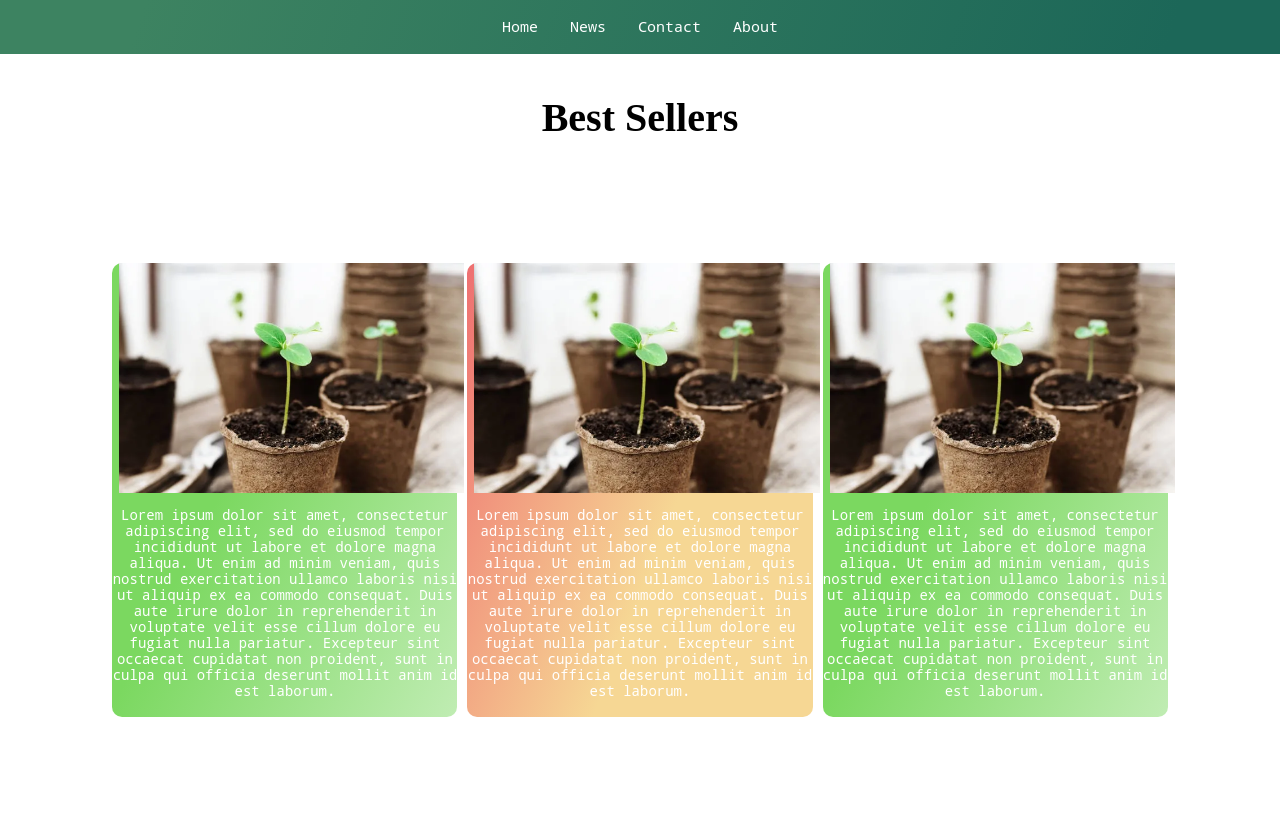
Repository: Flexo874/ISITECH-HTML-CSS
Page: index.html
The author's editor kept a copy of each file at every save. The page is drawn from the files as they stood at one save, then again after the next save.
The browser window is 1280 px wide. The pictures show the whole page.

Above is the page before, as saved 2024-01-02 15:01:21.

### index.html
<!DOCTYPE html>
<html>
<head>
    <title>Navigation Bar</title>
     <link rel="stylesheet" type="text/css" href="./style.css">
</head>
<body>
    <ul>
        <li><a href="#home">Home</a></li>
        <li><a href="#news">News</a></li>
        <li><a href="#contact">Contact</a></li>
        <li><a href="#about">About</a></li>
    </ul>

    <h1 > Best Sellers</h1>



    <div class="container">

            <div class="item">
                <a>
                <img src="images/semis-prêt-à-être-planté-dans-le-jardin.webp" alt="Logo">
                <p>Lorem ipsum dolor sit amet, consectetur adipiscing elit, sed do eiusmod tempor incididunt ut labore et dolore magna aliqua. Ut enim ad minim veniam, quis nostrud exercitation ullamco laboris nisi ut aliquip ex ea commodo consequat. Duis aute irure dolor in reprehenderit in voluptate velit esse cillum dolore eu fugiat nulla pariatur. Excepteur sint occaecat cupidatat non proident, sunt in culpa qui officia deserunt mollit anim id est laborum.</p>
                </a>
            </div>
            <div class="item best">
                <a>
                <img src="images/semis-prêt-à-être-planté-dans-le-jardin.webp" alt="Logo">
                <p>Lorem ipsum dolor sit amet, consectetur adipiscing elit, sed do eiusmod tempor incididunt ut labore et dolore magna aliqua. Ut enim ad minim veniam, quis nostrud exercitation ullamco laboris nisi ut aliquip ex ea commodo consequat. Duis aute irure dolor in reprehenderit in voluptate velit esse cillum dolore eu fugiat nulla pariatur. Excepteur sint occaecat cupidatat non proident, sunt in culpa qui officia deserunt mollit anim id est laborum.</p>
                </a>
            </div>
            <div class="item">
                <a>
                <img src="images/semis-prêt-à-être-planté-dans-le-jardin.webp" alt="Logo">
                <p>Lorem ipsum dolor sit amet, consectetur adipiscing elit, sed do eiusmod tempor incididunt ut labore et dolore magna aliqua. Ut enim ad minim veniam, quis nostrud exercitation ullamco laboris nisi ut aliquip ex ea commodo consequat. Duis aute irure dolor in reprehenderit in voluptate velit esse cillum dolore eu fugiat nulla pariatur. Excepteur sint occaecat cupidatat non proident, sunt in culpa qui officia deserunt mollit anim id est laborum.</p>
                </a>
            </div>
    </div>



</body>
</html>

### style.css
*{
    margin: 0;
    padding: 0;

}
ul {
    list-style-type: none;
    margin: 0;
    padding: 0;
    overflow: hidden;
    background-image: linear-gradient( 109.6deg,  rgba(61,131,97,1) 11.2%, rgba(28,103,88,1) 91.1% );
    display: flex;
    list-style: none;
    box-sizing: border-box  ;
    justify-content: center;
}

li {
    position: relative;

}

li a {
    display: block;
    color: white;
    text-align: center;
    padding: 18px 16px;
    text-decoration: none;
    font-size: 15px;
    transition: .4s ease-in-out;
    position: center;
    font-family: "Noto Mono", monospace;

}

li a:hover {
    background-color: #111;
    border-radius: 5px;

}

h1 {
    padding: 40px;
    padding-bottom: 10px;
    margin-bottom: 10px;
    text-align: center;
    font-weight: bold;
    font-size: 40px;
}

.demo {
    border-color: red;
}


.container {
    display: flex;
    grid-template-columns: repeat(3, 1fr);
    grid-auto-rows: minmax(300px, auto);
    gap: 10px;
    padding: 10px;;
    margin-top: 0;
    margin: 8%;
}


.item {
background-image: linear-gradient( 117deg,  rgba(123,216,96,1) 39.2%, rgba(255,255,255,1) 156.2% );    flex-direction: column;
    align-items: center;
    justify-content: center;
    border-radius: 10px;
}

.item.best {

    background-image: linear-gradient( 111.4deg,  rgba(238,113,113,1) 1%, rgba(246,215,148,1) 58% );

}

.item a {
    margin: 7px;
}

.item a:hover {
    color: white;
}


.item img {
    max-width: 100%;
    height: auto;
}

.item p {
    margin-top: 10px;
    text-align: center;
    color: white;
    font-family: "Noto Mono", monospace;
    font-size: 14px;
}

After the next save:
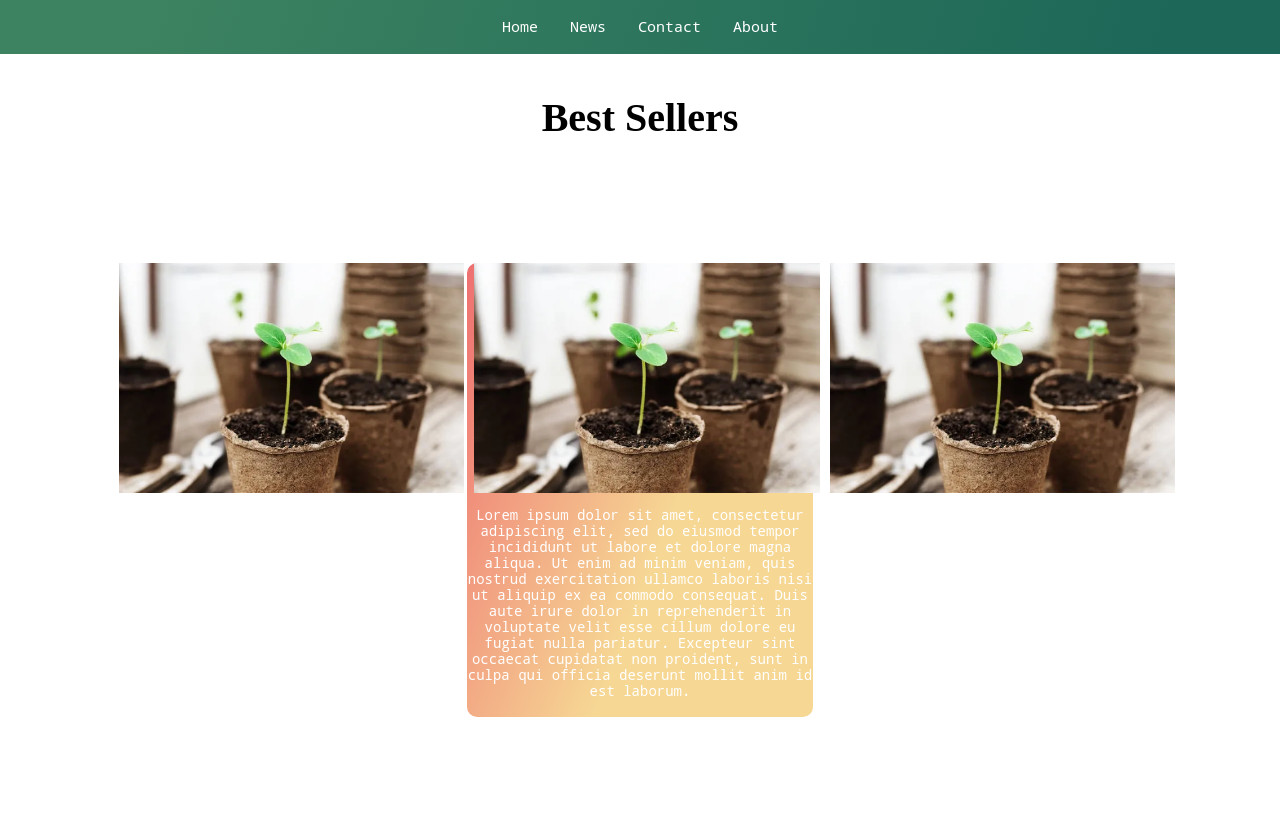
Saved 9 s later.
--- a/style.css
+++ b/style.css
@@ -65,7 +65,6 @@ h1 {
 
 
 .item {
-background-image: linear-gradient( 117deg,  rgba(123,216,96,1) 39.2%, rgba(255,255,255,1) 156.2% );    flex-direction: column;
     align-items: center;
     justify-content: center;
     border-radius: 10px;
